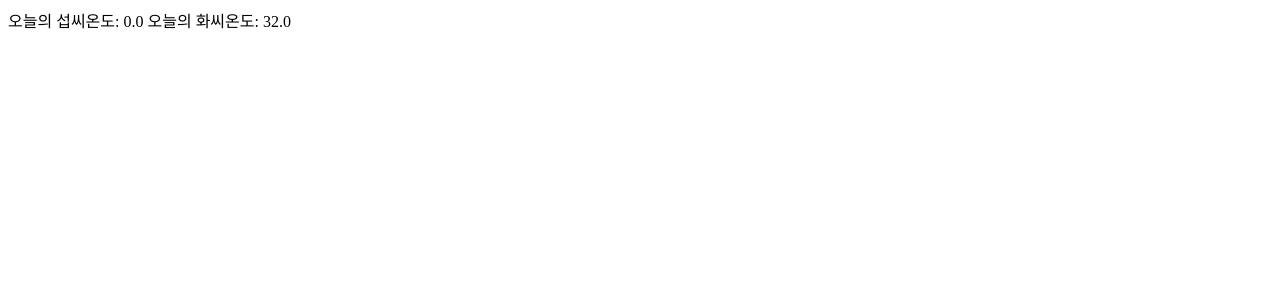
Repository: JongMin22/jsp.practice
Page: http://localhost/JSPBasic/JsPTag/TagQ04.jsp
These files come from the project's save history. The page is drawn as it stood at one moment and after the next save; the edit follows.
The browser window is 1280 px wide. The pictures show the whole page.
The page is served by Tomcat 9.

Above is the page before, as saved 2022-02-03 02:28:07.

### JSPBasic/src/main/webapp/JsPTag/TagQ04.jsp
<%@ page language="java" contentType="text/html; charset=UTF-8"
    pageEncoding="UTF-8"%>
<!DOCTYPE html>
<html>
<head>
<meta charset="UTF-8">
<title>Insert title here</title>
</head>
<body>
<%-- JSP주석은 이렇게 작성합니다.
JSP 주석은 소스보기에 나타나지 않습니다.--%>
<!--  html주석은 소스보기에 나타납니다. -->
<%-- 선언부를 이용해서 함수 및 변수를 만들어 보세요.
변수는 celcius 라는 이름의 double형 변수로 만들어주세요.
함수는 CtoF라는 이름의 double형 자료를 하나 입력받고
double형 자료를 리턴해주게 만들어주세요.
celcius라는 함수는 오늘의 섭씨온도로 초기화시켜주세요.
스크립트릿을 이용해서 celcius를 피라미터로 넘겨서 CtoF 함수를 호출해주세요.
함수를 호출한 결과를 out.println()으로 화면에 표출시켜주면됩니다.
화씨 -- > 섭씨 공식
(화씨온도 - 32) / 1.8 = 섭씨온도 --%>
<%!  double celcius;
    double CtoF(double a){
	return a;
	}
	double celcius(){
		return celcius=0;

	}
	double FtoC(double a){
		return a/1.8 + 32;
		}
%>
<%
	out.println("오늘의 섭씨온도: "+CtoF(celcius()));
	out.println("오늘의 화씨온도: "+FtoC(celcius()));
%>
</body>
</html>

After the next save:
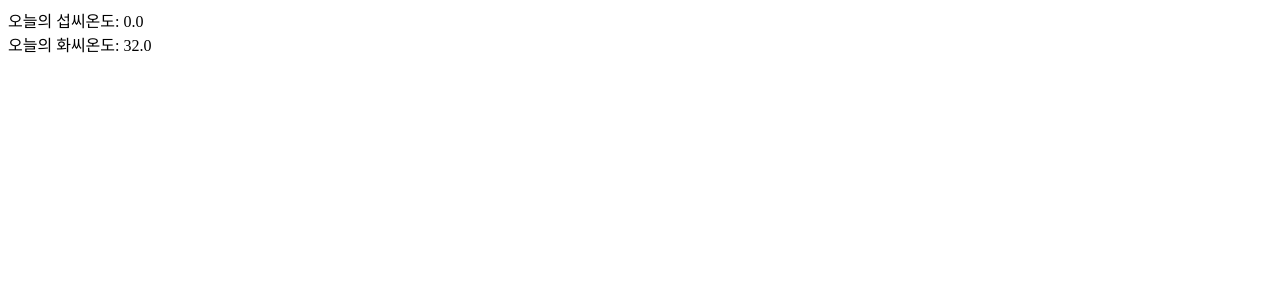
Saved 17 s later.
--- a/JSPBasic/src/main/webapp/JsPTag/TagQ04.jsp
+++ b/JSPBasic/src/main/webapp/JsPTag/TagQ04.jsp
@@ -32,7 +32,7 @@ celcius라는 함수는 오늘의 섭씨온도로 초기화시켜주세요.
 		}
 %>
 <%
-	out.println("오늘의 섭씨온도: "+CtoF(celcius()));
+	out.println("오늘의 섭씨온도: "+CtoF(celcius()) + "</br>");
 	out.println("오늘의 화씨온도: "+FtoC(celcius()));
 %>
 </body>
